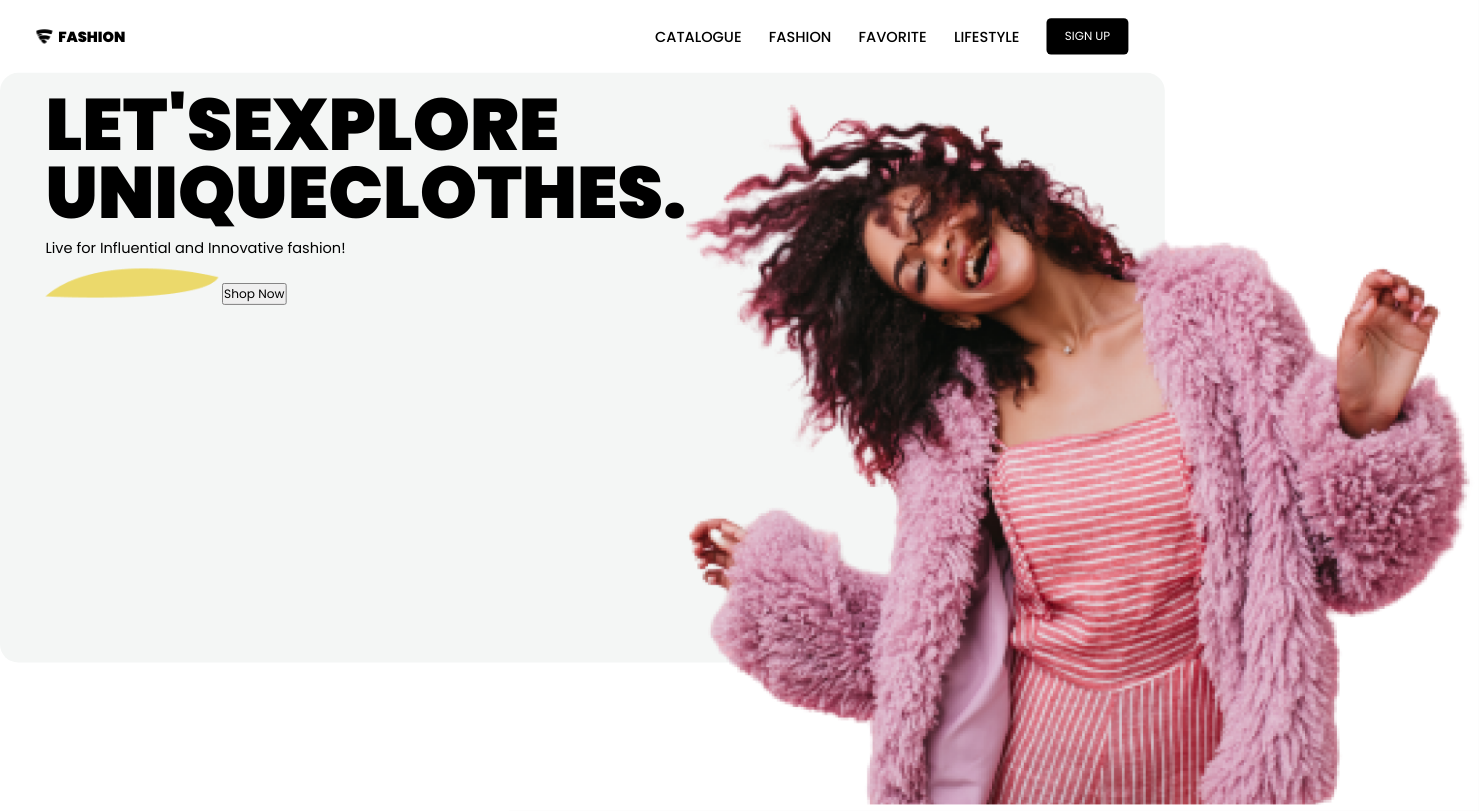
Repository: isaacCodes1/FashionSite
Page: index.html
These files come from the project's save history. The page is drawn as it stood at one moment and after a run of saves; the edit follows.
The browser window is 1280 px wide. The page is 1625 px wide, so the pictures cover 1625 px, including what lies to the right of the window. The pictures show the whole page, at 91% of full size.

Above is the page before, as saved 2024-03-11 15:39:10.

After the next 4 saves:
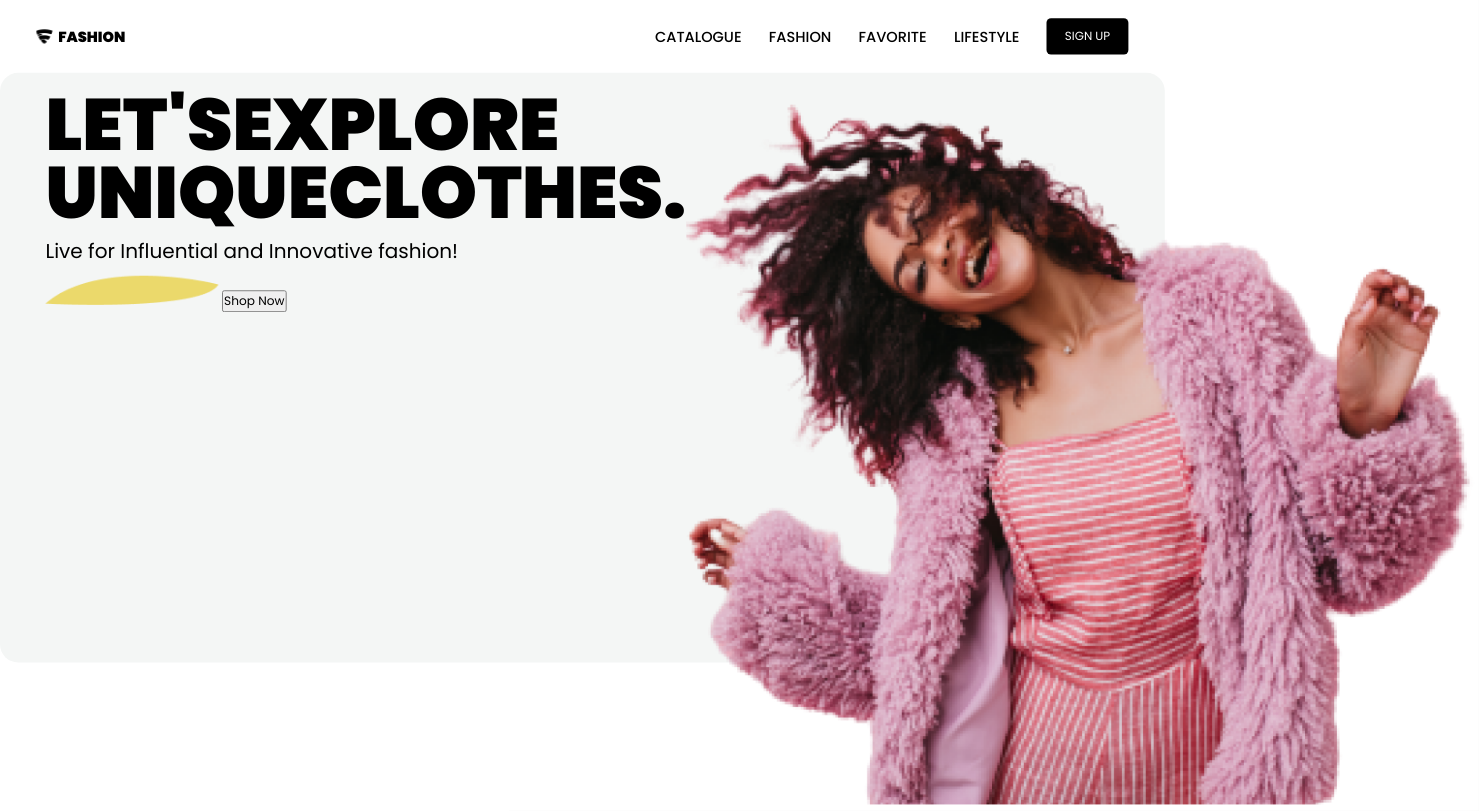
The 4 saves are shown as one change because they came seconds apart.
The last was saved 11 s later.
--- a/style.css
+++ b/style.css
@@ -81,4 +81,6 @@
     width: 50%;
     line-height: 75px;
 }
-.txt
+.txtCont p{
+    font-size: 22px;
+}
